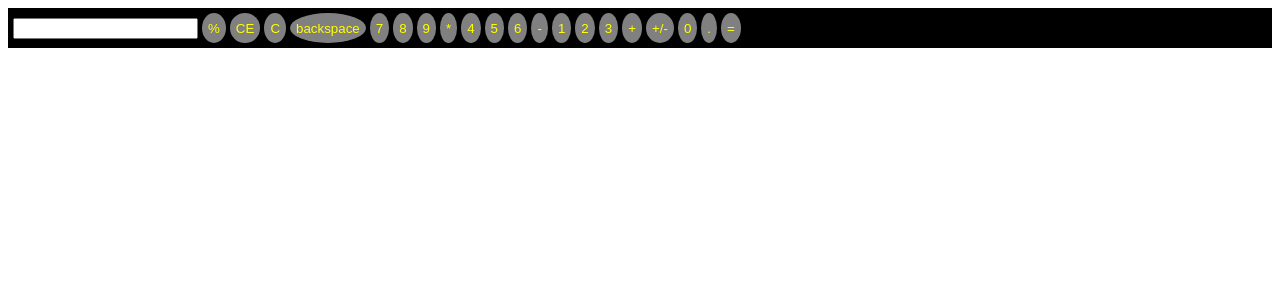
Repository: kirtivaishya/calculator
Page: index.html
These files come from the project's save history. The page is drawn as it stood at one moment and after the next save; the edit follows.
The browser window is 1280 px wide. The pictures show the whole page.
The style sheet was rebuilt from its Sass, Less or Tailwind sources for each picture, by a compiler version that may differ from the author's.

Above is the page before, as saved 2021-10-14 16:40:34.
Console error: ReferenceError: button is not defined

After the next save:
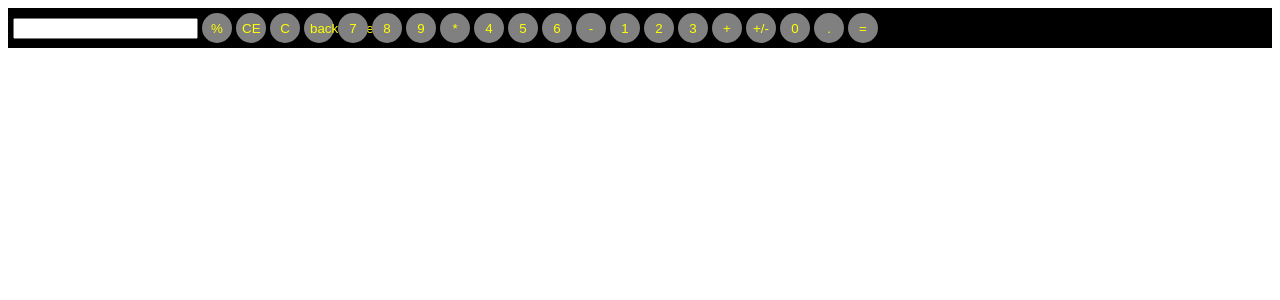
Saved 7 s later.
--- a/css/component.scss
+++ b/css/component.scss
@@ -12,6 +12,7 @@
 }
 button {
     height: 30px;
+    width: 30px;
     background-color: grey;
     color: yellow;
     border-radius: 50%;
